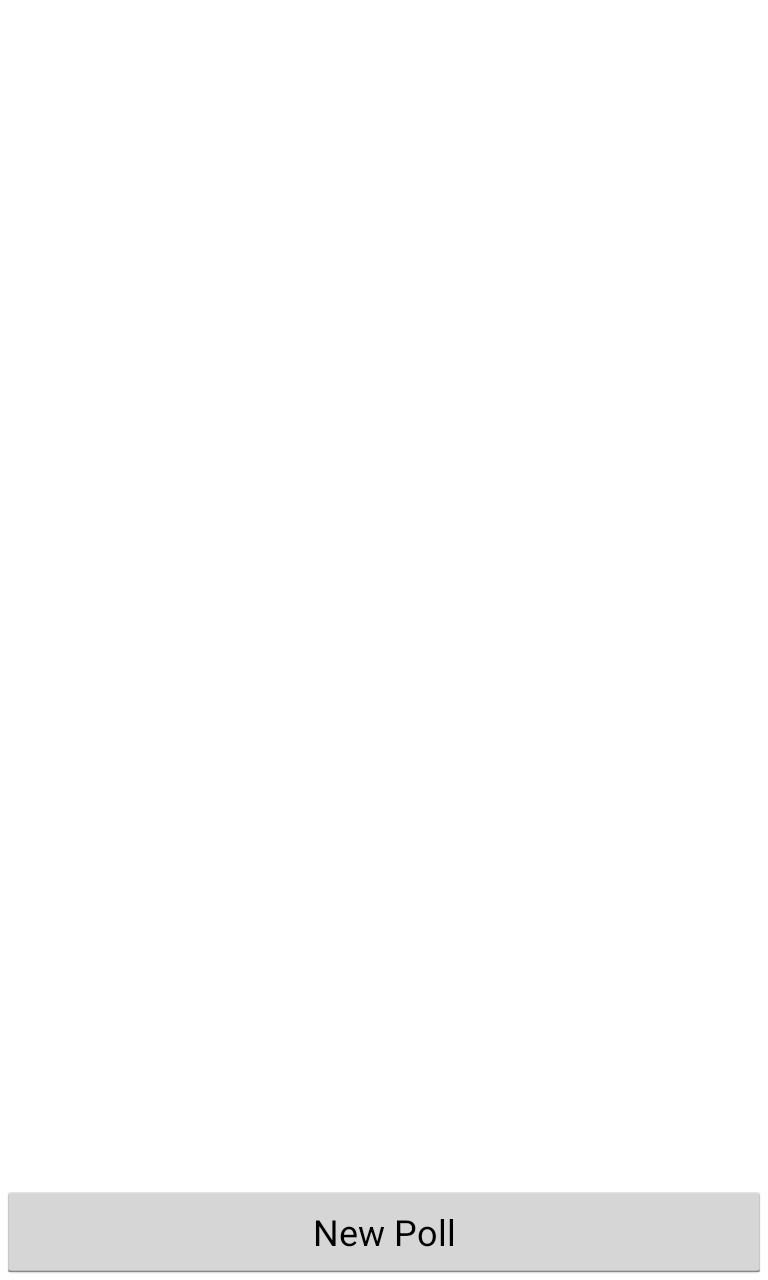
Repository: joelspang/mis_android
Layout: prak3/DoodleClient/res/layout/main.xml
These files come from the project's save history. The layout is drawn as it stood at one moment and after the next save; the edit follows.
It is drawn on a 768 x 1280 px phone screen (xhdpi) without system bars, with theme AppTheme; the app's code is not run. Lists and similar views that code fills are empty.

Above is the layout before, as saved 2014-06-03 14:04:23.

After the next save:
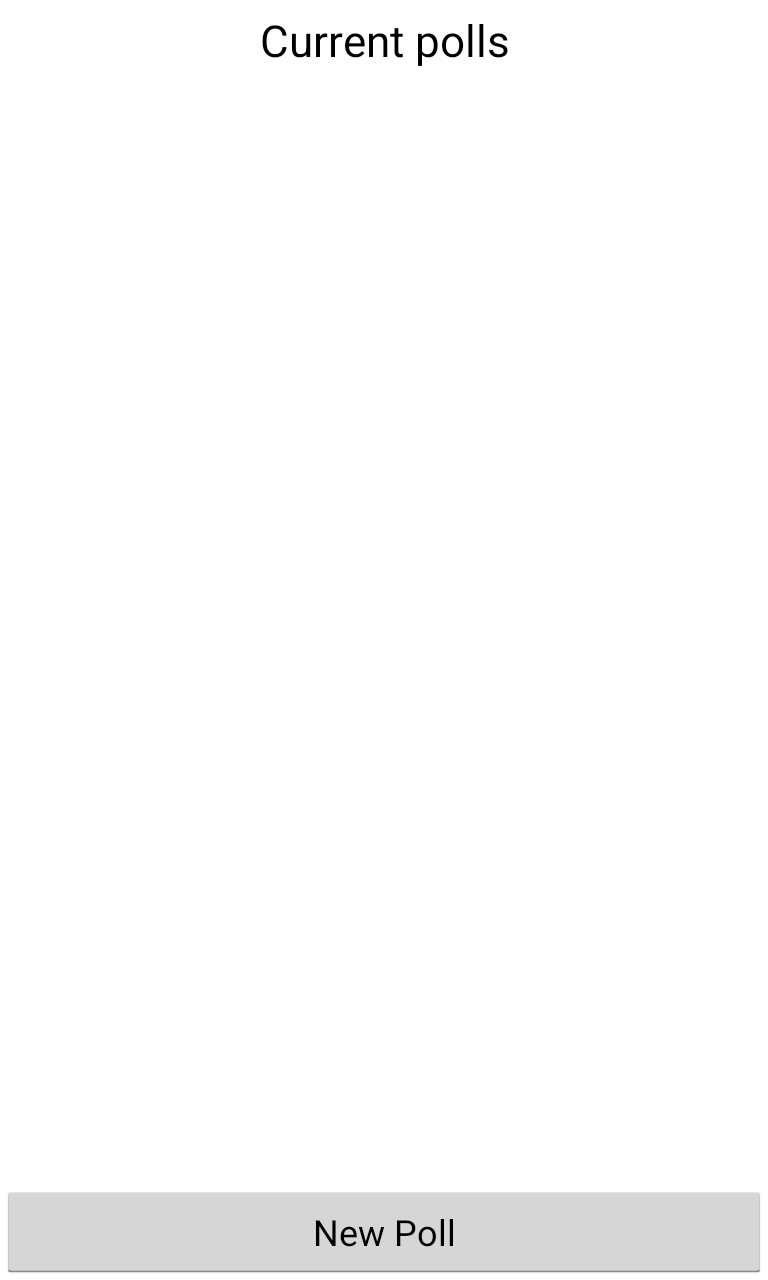
Saved 3 h 2 min later.
--- a/prak3/DoodleClient/res/layout/main.xml
+++ b/prak3/DoodleClient/res/layout/main.xml
@@ -4,11 +4,20 @@
     android:layout_height="match_parent"
     android:orientation="vertical" >
 
+    <TextView
+        android:id="@+id/textView1"
+        android:layout_width="match_parent"
+        android:layout_height="wrap_content"
+        android:gravity="center_horizontal"
+        android:padding="5dp"
+        android:text="Current polls"
+        android:textAppearance="?android:attr/textAppearanceLarge" />
+
     <ListView
         android:id="@+id/lstPolls"
         android:layout_width="wrap_content"
         android:layout_height="599dp"
-        android:layout_weight="0.92" >
+        android:layout_weight="0.63" >
     </ListView>
 
     <Button
